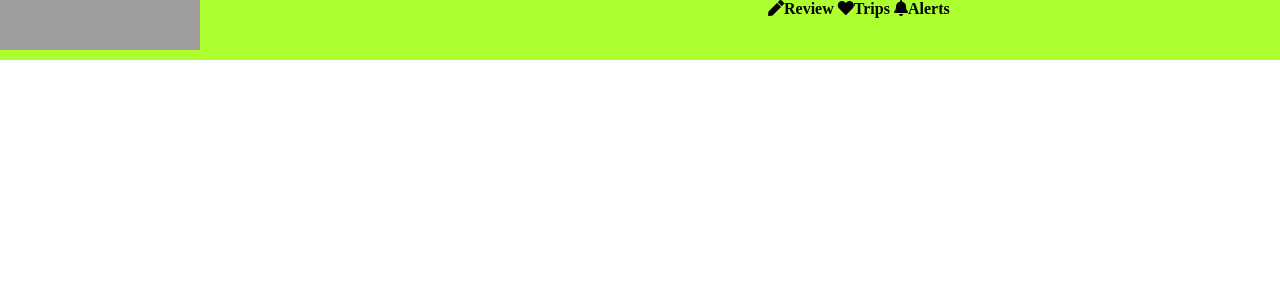
Repository: devix2107/thanhvia8.github.io
Page: Web-tripadvisor/index.html
An editor plug-in stored every save of this project. The page is shown before and after the next save, followed by the edit.
The browser window is 1280 px wide. The pictures show the whole page.
Pictures or frames that could not be fetched are drawn as grey boxes.

Above is the page before, as saved 2021-11-28 10:04:24.

After the next save:
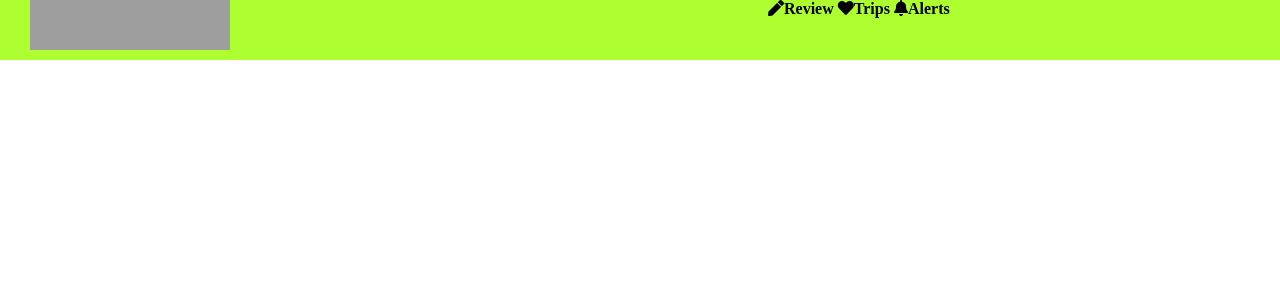
Saved 3 min 26 s later.
--- a/Web-tripadvisor/assets/css/main.css
+++ b/Web-tripadvisor/assets/css/main.css
@@ -22,7 +22,7 @@
   width: 200px;
   height: 50px;
   display: block;
-  /* margin: 8px 8px 8px 0px; */
+  margin-left: 30px;
 }
 
 .header-center {
